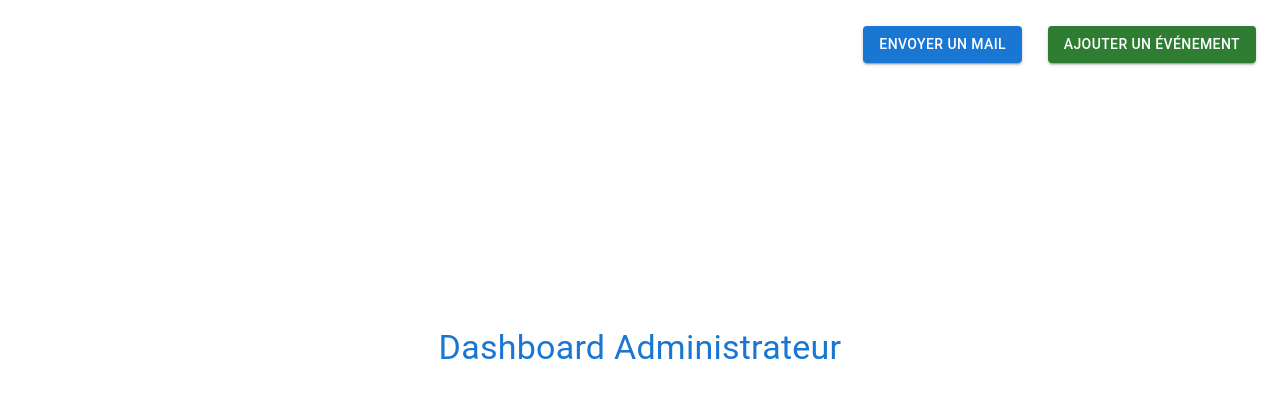
Repository: clement-chn/challenge-48h
Page: /dashboard (app in front/)
An editor plug-in stored every save of this project. The page is shown before and after the next save, followed by the edit.
The browser window is 1280 px wide. The pictures show the whole page.
The project was rebuilt for these pictures with package versions that can differ from the ones it lists, and the page was loaded fresh each time. Also part of the build but not shown: front/vite.config.js.

Above is the page before, as saved 2025-04-03 12:00:28.

After the next save:
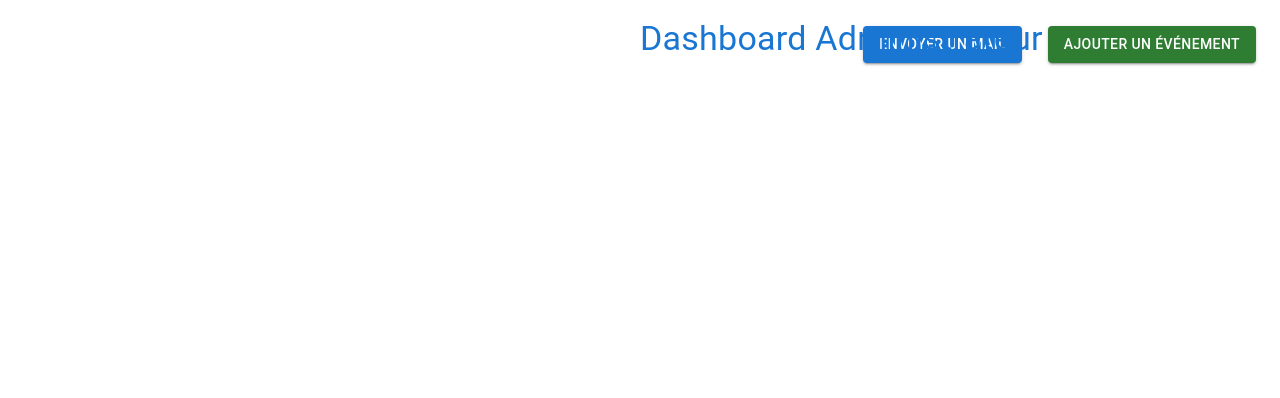
Saved 71 min 21 s later.
--- a/front/src/Routes/dashboard.jsx
+++ b/front/src/Routes/dashboard.jsx
@@ -53,7 +53,7 @@ const AdminDashboard = () => {
         </Button>
       </Box>
 
-      <Typography variant="h4" color="primary" sx={{ mb: 3, textAlign: 'center' }}>
+      <Typography variant="h4" color="primary" sx={{ mb: 3, textAlign: 'center', position: 'absolute', top: 18,}}>
         Dashboard Administrateur
       </Typography>
 
